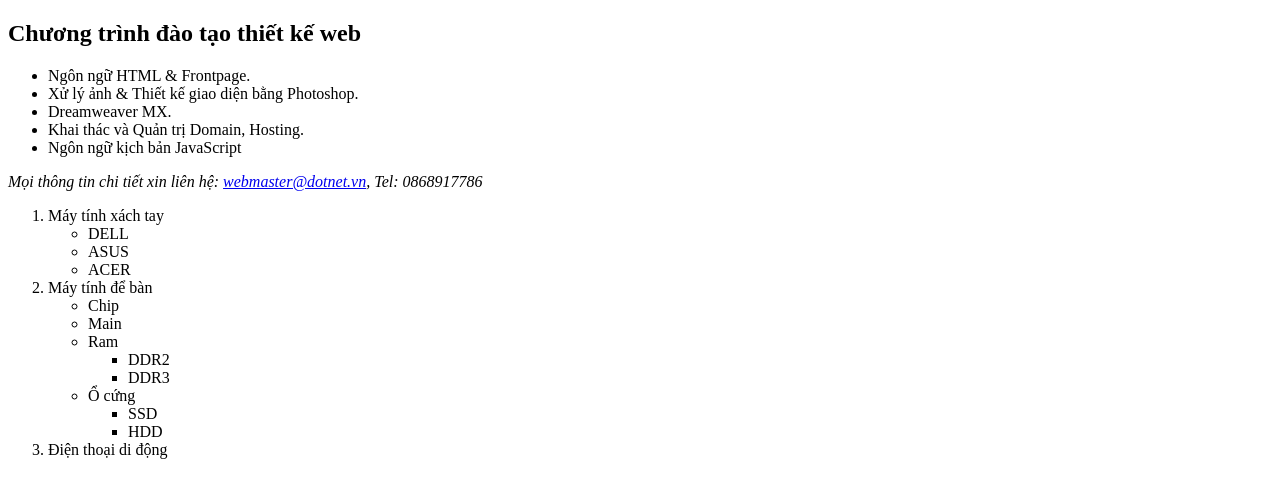
Repository: tuiladev/TKW
Page: ListTag/index.html
The author's editor kept a copy of each file at every save. The page is drawn from the files as they stood at one save, then again after a run of saves.
The browser window is 1280 px wide. The pictures show the whole page.

Above is the page before, as saved 2022-03-15 22:53:58.

After the next 4 saves:
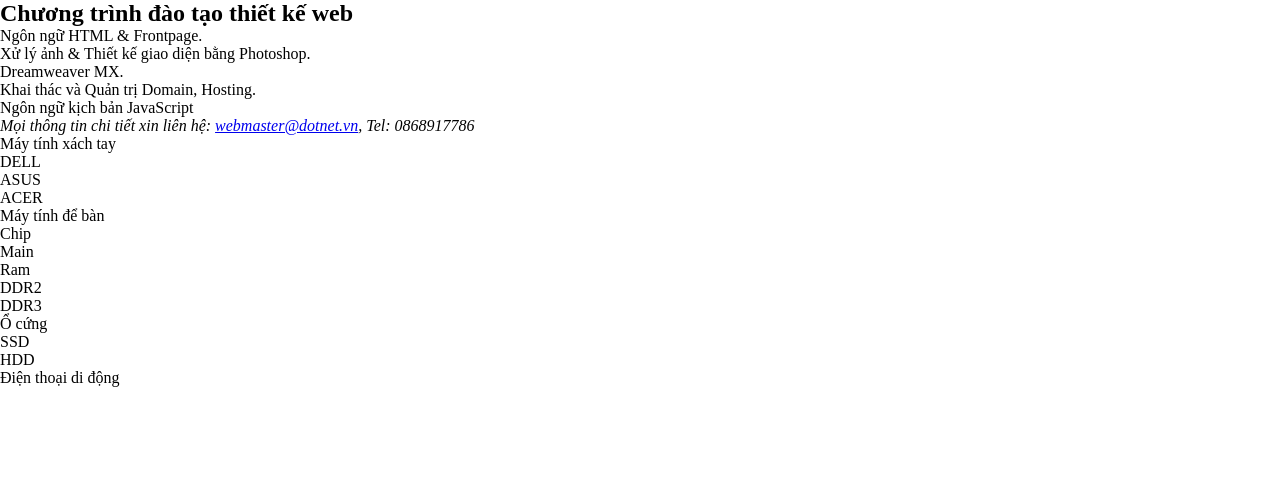
The 4 saves are shown as one change because they came seconds apart.
The last was saved 12 s later.
--- a/ListTag/index.html
+++ b/ListTag/index.html
@@ -6,8 +6,10 @@
     <meta name="viewport" content="width=device-width, initial-scale=1.0" />
     <title>21115053120156 _ Đặng Văn Trung</title>
     <style>
-      *{
-
+      * {
+        margin: 0;
+        padding: 0;
+        box-sizing: border-box;
       }
     </style>
   </head>
